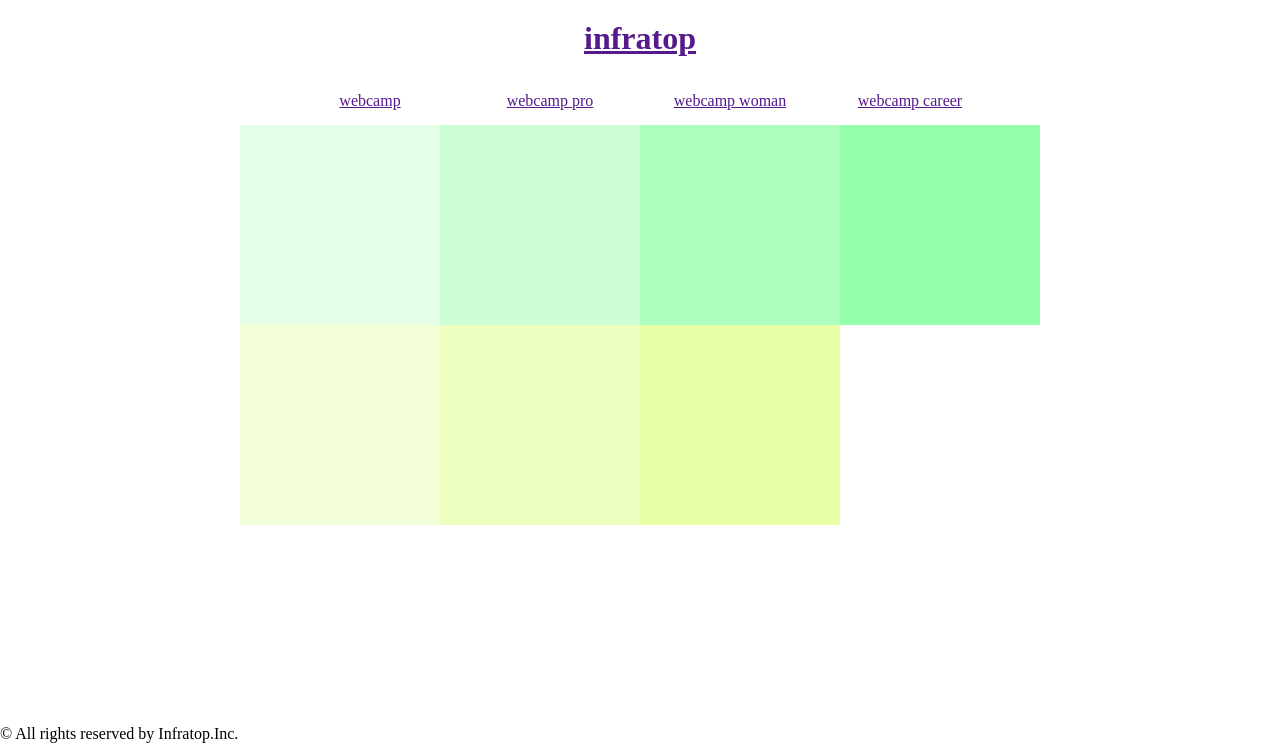
Repository: sutanuki/webcamp
Page: html,css/c5/index.html
The author's editor kept a record of every edit. The page is drawn from the files as they stood at one moment, then again after the next edit.
The browser window is 1280 px wide. The pictures show the whole page.

Above is the page before.

### html,css/c5/index.html
<!DOCTYPE html>
<html>
  <head>
    <meta http-equiv="content-type" content="text/html; charset=utf-8" />
    <title>`substitute(Filename('', 'Page Title'), '^.', '\u&', '')`</title>
    <link rel="stylesheet" href="style.css">
  </head>
  <body>
    <header>
      <h1><a href="">infratop</a></h1>
      <nav>
        <ul>
          <li><a href="">webcamp</a></li>
          <li><a href="">webcamp pro</a></li>
          <li><a href="">webcamp woman</a></li>
          <li><a href="">webcamp career</a></li>
        </ul>
      </nav>
    </header>
    <main>
      <div class="box1"></div>
      <div class="box2"></div>
      <div class="box3"></div>
      <div class="box4"></div>
      <div class="box5"></div>
      <div class="box6"></div>
      <div class="box7"></div>
      <div class="box8"></div>
      <div class="box9"></div>
      <div class="box10"></div>
      <div class="box11"></div>
      <div class="box12"></div>
    </main>
    <footer>
      <p>&copy All rights reserved by Infratop.Inc.</p>
    </footer>
  </body>
</html>

### html,css/c5/style.css
* {
  margin: 0;
  padding: 0;
  box-sizing: border-box;
}
header{
  width: 100%;
}
header h1{
  margin: 20px 0;
  text-align: center
}
nav ul{
  display: flex;
  justify-content: center;
  list-style: none;
}
nav ul li{
  width: 140px;
  margin: 15px 20px;
  text-align: center;
}
main{
  display: flex;
  width: 800px;
  height: 600px;
  flex-wrap: wrap;
  margin: 0 auto;

}
main div{
  width: 200px;
  height: 200px;
}
.box1{
  background-color: #e6ffe9;
}
.box2{
  background-color: #cbffd3;
}
.box3{
  background-color: #aeffbd;
}
.box4{
  background-color: #93ffab;
}
.box5{
  background-color: #f3ffd8;
}
.box6{
  background-color: #edffbe;
}
.box7{
  background-color: #e9ffa5;
}
.box8{
  background-color: ;
}
.box9{
  background-color: ;
}
.box10{
  background-color: ;
}
.box11{
  background-color: ;
}
.box12{
  background-color: ;
}

After the next edit:
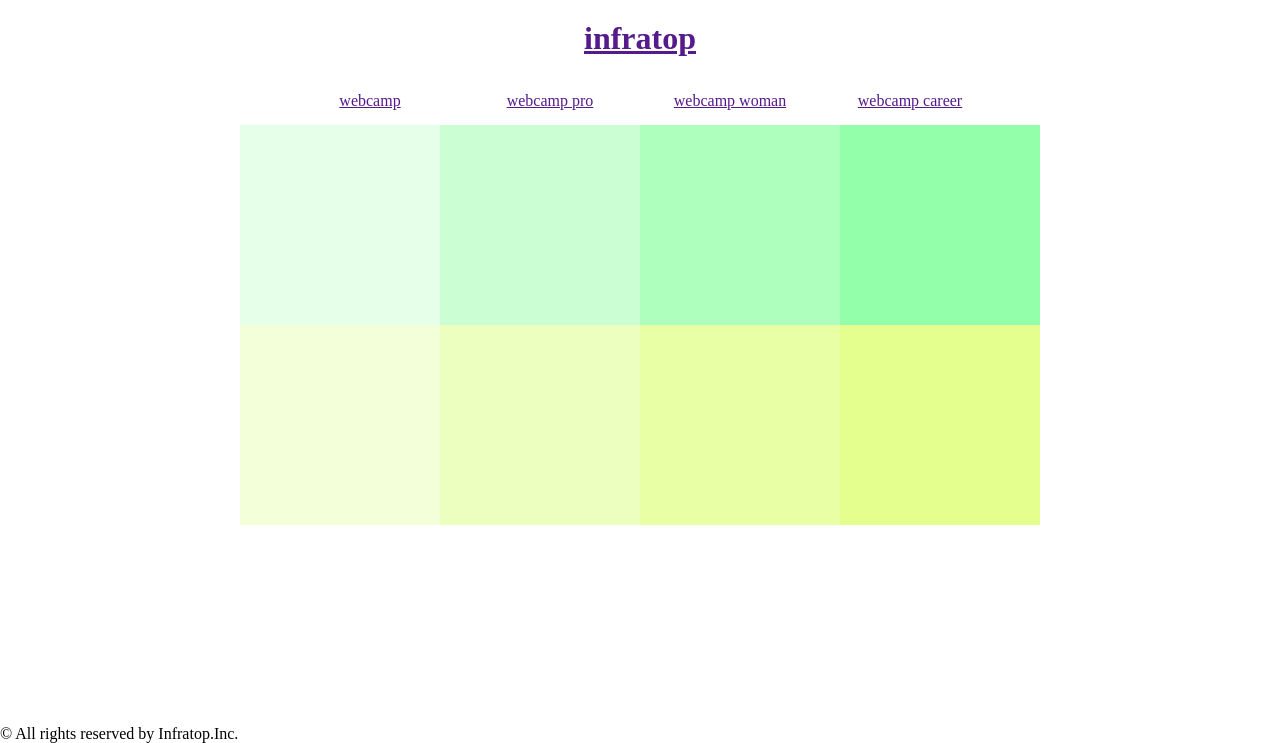
The edit:
--- a/html,css/c5/style.css
+++ b/html,css/c5/style.css
@@ -54,7 +54,7 @@
   background-color: #e9ffa5;
 }
 .box8{
-  background-color: ;
+  background-color: #e4ff8d;
 }
 .box9{
   background-color: ;
